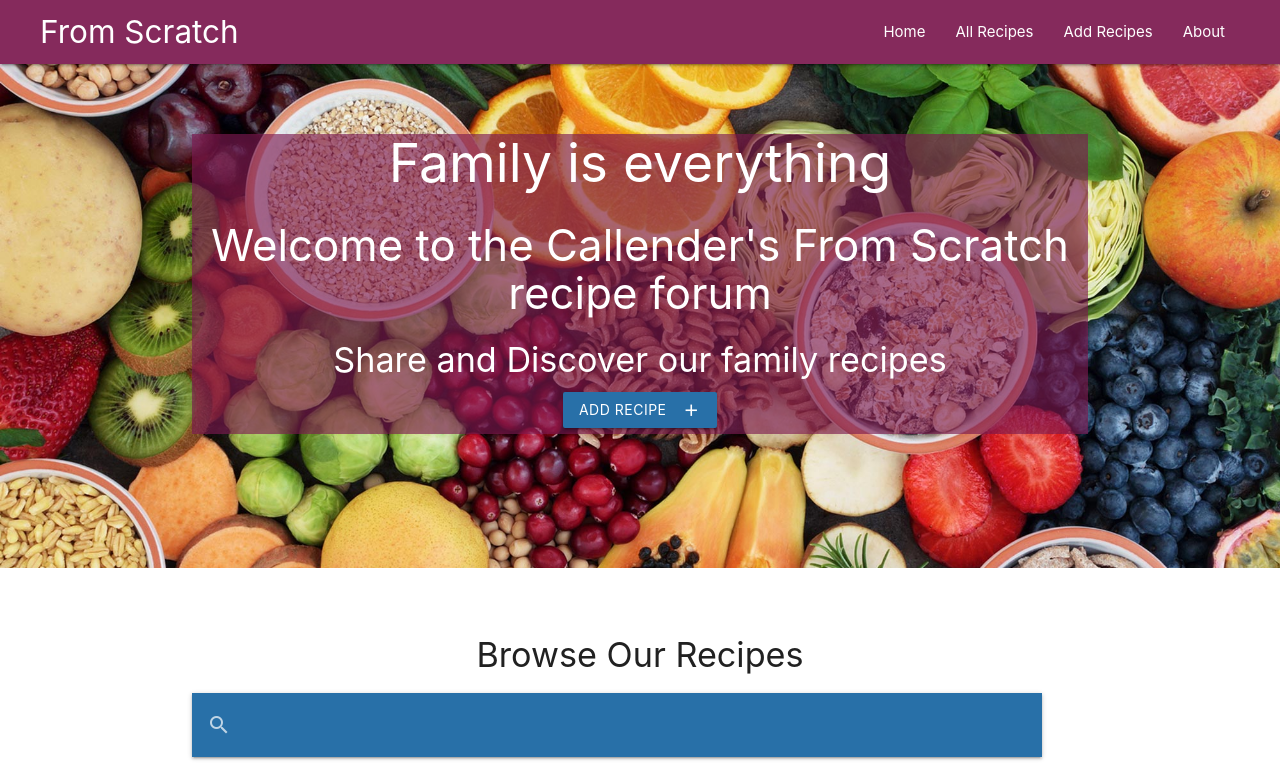
Repository: callendera/MilestoneProject3
Page: http://localhost/
The author's editor kept a record of every edit. The page is drawn from the files as they stood at one moment, then again after the next edit.
The browser window is 1280 px wide. The pictures show the whole page.
Backgrounds fixed to the window are drawn as part of the page. The page is served by the project's application, run on Flask 3 (recipe.py). Queries for data that is not in the repository find no rows.

Above is the page before.
Console error: SyntaxError: Unexpected token ')'

### templates/recipehome.html
{% extends 'base.html' %} {% block content %}
<div class="callout background-callout">
    <div class="container callout-text-background-color">

        <h2>Family is everything</h2>
        <h3>Welcome to the Callender's From Scratch recipe forum</h3>
        <h4>Share and Discover our family recipes</h4>
        <a href="#modal1" class="font-color modal-trigger"><button class="btn waves-effect waves-light center my-btn-color">Add Recipe
        <i class="material-icons right">add</i></a>

    </div>
</div>

<div id="all-recipes"></div>
</br>
</br>
<div class="container flow-text">
    <h4 class="center">Browse Our Recipes</h4>
    <div class="row recipe-row-margin">
            <nav class="my-search-bar-margin center">
                <div class="nav-wrapper my-btn-color">
                    <form>
                        <div class="input-field">
                            <input id="search" type="search" required>
                            <label class="label-icon" for="search"><i class="material-icons">search</i></label>
                            <i class="material-icons">close</i>
                        </div>
                    </form>
                </div>
            </nav>
        {% for recipes in from_scratch %}
        <div class="col s6">
            <a href="{{url_for('view_recipe', recipe_id=recipes._id)}}"><img class="materialboxed recipe-image" data-caption="{{recipes.recipe_name}}" src="{{recipes.recipe_image}}" alt="No Image Available"></a>
            <p class="recipe-name-margin"><strong>{{recipes.recipe_name}}</strong></p>
        </div>
        {% endfor %}
    </div>
</div>
{% endblock %}

### templates/base.html
<!DOCTYPE html>
<html>

<head>
    <link href="https://fonts.googleapis.com/icon?family=Material+Icons" rel="stylesheet">
    <!--link for Icons in Materialize-->

    <!--JQuery needs to be active before Materialize can render its' data-->

    <link rel="stylesheet" href="https://cdnjs.cloudflare.com/ajax/libs/materialize/1.0.0/css/materialize.min.css">
    <link rel="stylesheet" href="{{url_for('static',filename='css/style.css')}}" type="text/css" />
</head>

<body>
        <div class="navbar-fixed ">
            <nav class="transparent">
                <div class="nav-wrapper my-navbar-margin">
                    <a href="index.html" class="brand-logo">From Scratch</a>
                    <a href="#" data-target="mobile-nav" class="sidenav-trigger"><i class="material-icons">menu</i></a>
                    <ul class="right hide-on-med-and-down">
                        <li><a href="{{ url_for('get_recipes') }}">Home</a></li>
                        <li><a href="#all-recipes">All Recipes</a></li>
                        <li><a href="collapsible.html">Add Recipes</a></li>
                        <li><a href="mobile.html">About</a></li>
                    </ul>
                </div>
            </nav>
        </div>


        <ul class="sidenav" id="mobile-nav">
            <li><a href="#top">Home</a></li>
            <li><a href="#all-recipes">All Recipes</a></li>
            <li><a href="collapsible.html">Login</a></li>
            <li><a href="mobile.html">Register</a></li>
        </ul>



        {% block content %}
        <!--contains any content needed for each page, this give a template for such-->
        {% endblock %}



        <script src="https://cdnjs.cloudflare.com/ajax/libs/jquery/3.4.1/jquery.min.js" integrity="sha256-CSXorXvZcTkaix6Yvo6HppcZGetbYMGWSFlBw8HfCJo=" crossorigin="anonymous"></script>
        <script src="https://cdnjs.cloudflare.com/ajax/libs/materialize/1.0.0/js/materialize.min.js"></script>

        <script src='http://code.jquery.com/jquery-3.3.1.min.js'></script>
        <script src='/javascripts/register.js'></script>
        <!-- Script to use Materialize functionality-->
        <script type="text/javascript">
            $(document).ready(function() {
                $('select').formSelect();
            });
        </script>
        <script type="text/javascript">
            $(document).ready(function() {
                $('.collapsible').collapsible();
            });
        </script>
        <script type="text/javascript">
            $(document).ready(function() {
                $('.sidenav').sidenav();
            });
        </script>
        <script type="text/javascript">
            $(document).ready(function() {
               $('.fixed-action-btn').floatingActionButton();
            });
        </script>
        <script type="text/javascript">
            $(document).ready(function() {
               $('.modal').modal();
            });
        </script>


        <!-- script for the collapsibles-->
</body>

</html>

### recipe.py
import os
from flask import Flask, render_template, redirect, request, url_for
from flask_pymongo import PyMongo
from bson.objectid import ObjectId
#sets up application for use with PyMongo, Flask

app = Flask(__name__)
app.config["MONGO_DBNAME"] = 'from_scratch'
#creates link between Database and application
app.config["MONGO_URI"] = os.getenv("MONGO_URI")

#creates application to be tested

mongo = PyMongo(app)

@app.route('/')

@app.route('/get_recipes')
#Display text as proof of concept
def get_recipes():
    from_scratch = mongo.db.recipes.find()
    return render_template( "recipehome.html", from_scratch=from_scratch)

@app.route('/add_recipes')
def add_recipes():
    from_scratch = mongo.db.recipes.find()
    return render_template("recipehome.html")

@app.route('/insert_recipe', methods=['POST'])
def insert_recipe():
    from_scratch = mongo.db.recipes
    from_scratch.insert_one(request.form.to_dict())
    return redirect(url_for('get_recipes'))

@app.route('/view_recipe/<recipe_id>')
def view_recipe(recipe_id):
    return render_template('recipedetails.html', from_scratch=mongo.db.recipes.find({'_id': ObjectId(recipe_id)}))

if __name__ == '__main__':
    app.run(host=os.environ.get('IP'),
            port=int(os.environ.get('PORT')),
            debug=True)
#So they know how and where to run application

### static/css/style.css
.recipe-image {
    height: 300px;
    width: 400px;
    padding: 20px;
    padding-bottom: 0px;
    margin-top: 20px;
}

.recipe-name-margin {
    margin-top: 0px;
}

.view-recipe-container-margin {
    margin-bottom: 60px;
}

.background-callout {
    /*--- FOR ALL BACKGROUND CONTAINERS sets background image for callout container.
    it is set to not repeat, so the image doesnt stretch, and the image will be centered horizontally and
    pushed to the top of the container. the background will also not scroll, but remained positioned so things will scroll past it---*/
    background: url(../images/home.jpg)no-repeat center center fixed;
    -webkit-background-size: cover;
    -moz-background-size: cover;
    -o-background-size: cover;
    background-size: cover;
    overflow: hidden;
    align-items: center;
    justify-content: center;
    height: 40vh;
}


.callout-text-background-color {
    text-align: center;
    background-color: #7c1a50a3;
    color: white;
    height: 300px;
    margin-top: 400px;


}

.view-recipe-image {
    height: 500px;
    width: 800px;
    margin-left: 125px;
    margin-top: 30px;
}

.recipe-row-margin {
    margin-left: 80px;
}

.my-navbar-margin {
    padding-left: 40px;
    padding-right: 40px;
    background-color: #7c1a50ed;
}

.my-btn-color {
    background-color: #2870a8;
}

.my-btn-color:hover {
    /*--- color of background: blue ---*/
    background-color: #2870a8cf;
    /*--- when mouse is hovered the button will transition for
    .40seconds to a darker green color. the color will gradually ease in and then ease out. ---*/
    transition: all 0.40s ease-in-out;
    -moz-transition: all 0.40s ease-in-out;
    -webkit-transition: all 0.40s ease-in-out;
    -o-transition: all 0.40s ease-in-out;
    /*--- adjustments for each web browser ---*/
}


.my-link-color {
    color: #3384d8;
}

.font-color {
    color: white;
}

.my-search-bar-margin {
    margin-top: 20px;
    width: 900px;
}

/*---Media Queries---*/

/*--- adjustemnts for different screensizes,
    small-->big all features tested on google chrome inspect ---*/

@media (min-width: 576px) {
    .callout-text-background-color {
        margin-top: 200px;
        ;
    }

}

@media (min-width: 768px) {
    .background-callout {

        background: url("../images/home.jpg")no-repeat center center fixed;
        /*--- adjusts background for different browsers ---*/
        -webkit-background-size: cover;
        -moz-background-size: cover;
        -o-background-size: cover;
        background-size: cover;

        /*--- makes the background fit to the container ---*/
        overflow: hidden;

        /*--- aligns and justifies text in container ---*/
        align-items: center;
        justify-content: center;
        /*--- the height that container will take up in the viewport ---*/
        height: 60vh;
    }
    .callout-text-background-color {
        margin-top: 50px;
        ;
    }

}

@media (min-width: 992px) {
    .background-callout {

        background: url("../images/home.jpg")no-repeat center center fixed;
        /*--- adjusts background for different browsers ---*/
        -webkit-background-size: cover;
        -moz-background-size: cover;
        -o-background-size: cover;
        background-size: cover;

        /*--- makes the background fit to the container ---*/
        overflow: hidden;

        /*--- aligns and justifies text in container ---*/
        align-items: center;
        justify-content: center;
        /*--- the height that container will take up in the viewport ---*/
        height: 60vh;
    }
    .callout-text-background-color {
        margin-top: 90px;
        ;
    }
    .my-search-bar-margin {
    width: 850px;
    }
    .recipe-row-margin {
    margin-left: 0px;
}

}

@media (min-width: 1200px) {
    .background-callout {

        background: url("../images/foods.jpg")no-repeat center center fixed;
        /*--- adjusts background for different browsers ---*/
        -webkit-background-size: cover;
        -moz-background-size: cover;
        -o-background-size: cover;
        background-size: cover;

        /*--- makes the background fit to the container ---*/
        overflow: hidden;

        /*--- aligns and justifies text in container ---*/
        align-items: center;
        justify-content: center;
        /*--- the height that container will take up in the viewport ---*/
        height: 70vh;
    }
    .callout-text-background-color {
        margin-top: 70px;
        ;
    }

}

### register.js
$(function(){
    $("#register").on('click', function(event){
        event.preventDefault();
        var username   = $("#username").val();
        var password   = $("#password").val();

        if(!username || !password ||){
            $("#msgDiv").show().html("All fields are required.");
        }
        else{
            $.ajax({
                url: "/register",
                method: "POST",
                data: { user_name: username, password: password }
            }).done(function( data ) {
                if ( data ) {
                    if(data.status == 'error'){
                        var errors = '<ul>';
                        $.each( data.message, function( key, value ) {
                            errors = errors +'<li>'+value.msg+'</li>';
                        });
                        errors = errors+ '</ul>';
                        $("#msgDiv").html(errors).show();
                    }else{
                        $("#msgDiv").removeClass('invalid').addClass('valid').html(data.message).show();
                    }
                }
            });
        }
    });
});

After the next edit:
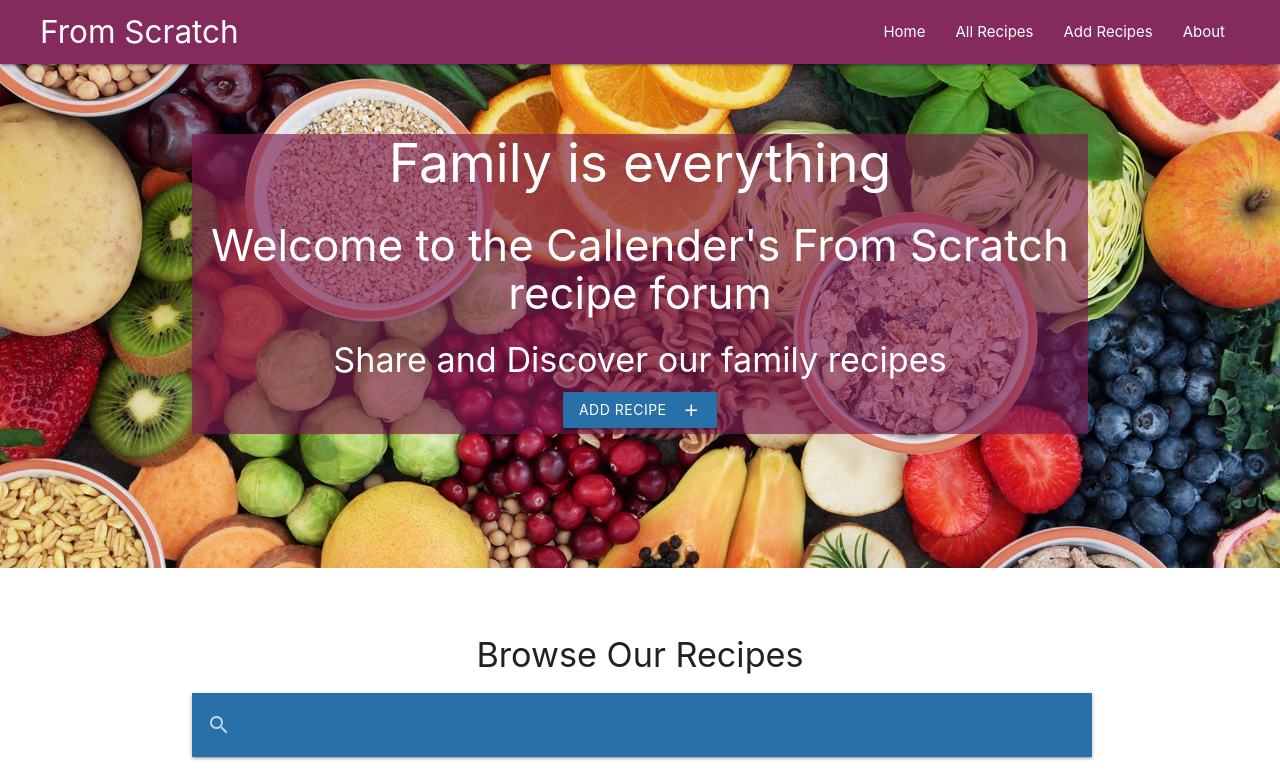
The edit:
--- a/static/css/style.css
+++ b/static/css/style.css
@@ -182,4 +182,11 @@
         ;
     }
 
+    .my-search-bar-margin {
+    width: 900px;
+    }
+    .recipe-row-margin {
+    margin-left: 0px;
 }
+
+}
